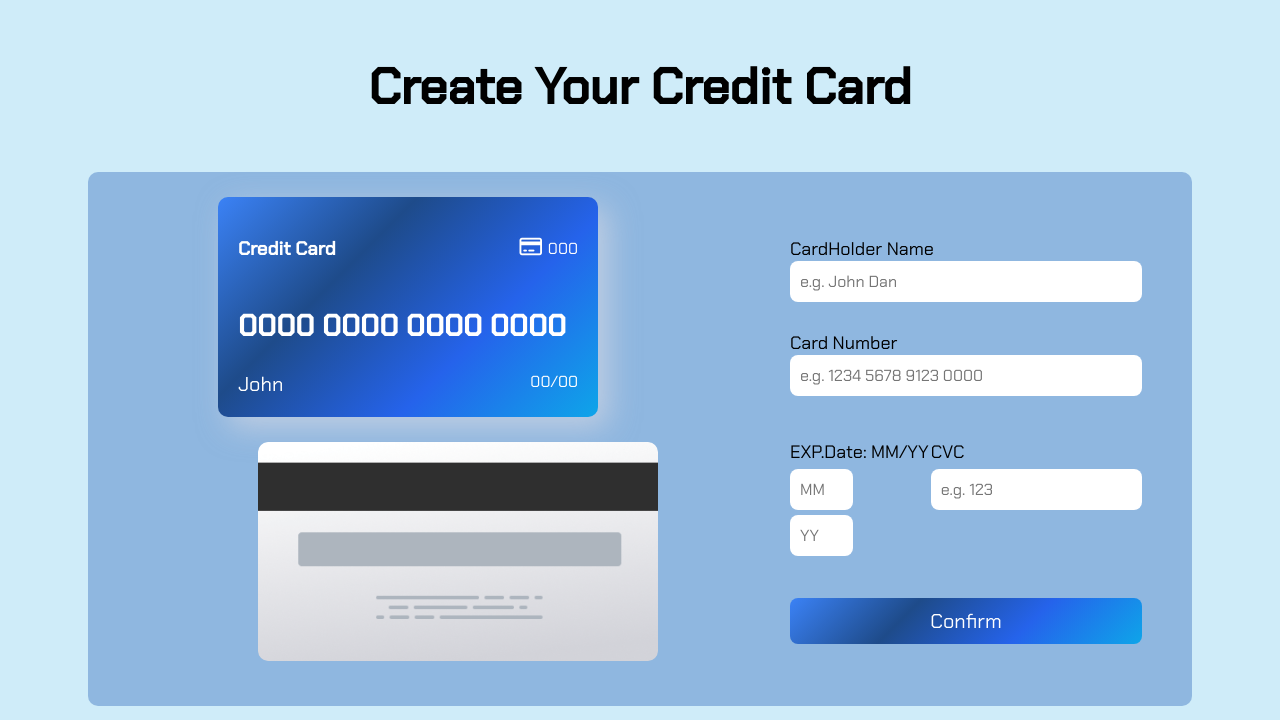
Repository: moehaymanmyint/Interactive-Card-Details-Form
Page: index.html
The author's editor kept a copy of each file at every save. The page is drawn from the files as they stood at one save, then again after the next save.
The browser window is 1280 px wide. The pictures show the whole page.
Some web libraries are served in a nearby version.

Above is the page before, as saved 2024-10-18 22:47:38.

After the next save:
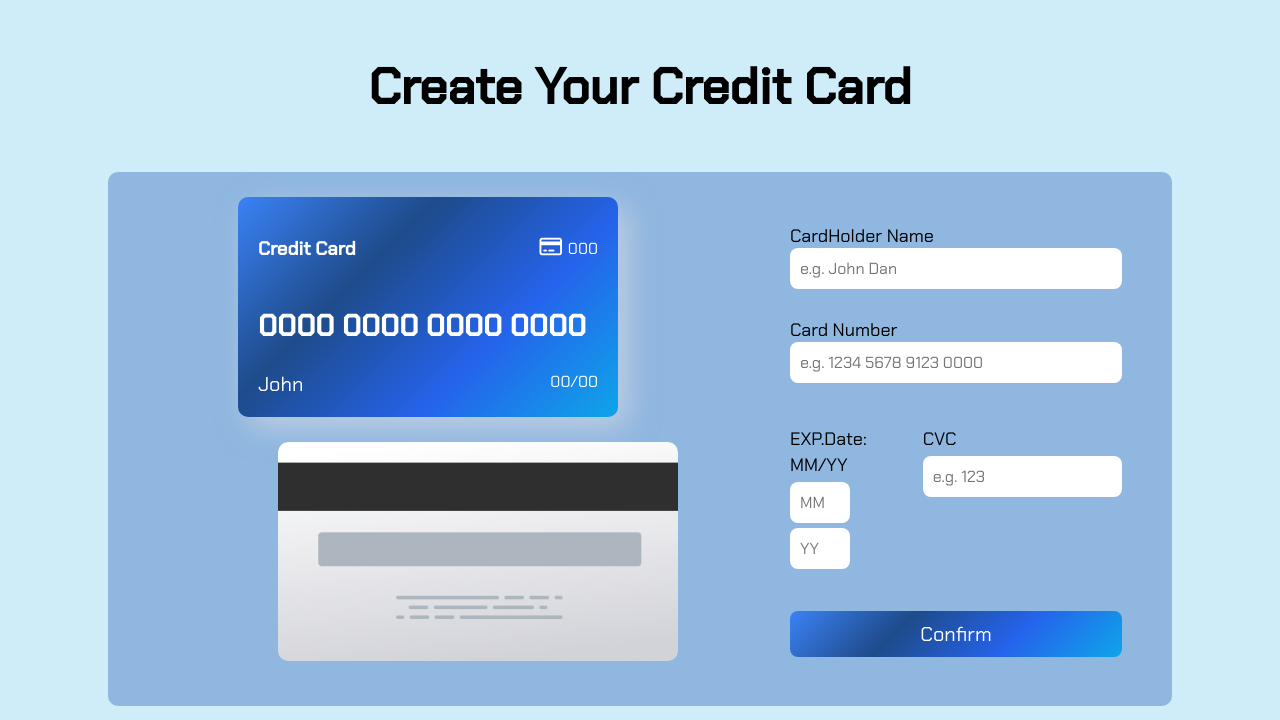
Saved 16 s later.
--- a/style.css
+++ b/style.css
@@ -9,7 +9,7 @@
 .container{
     display: flex;
     justify-content: center;
-    margin: 10px 80px;
+    margin: 10px 100px;
     border-radius: 10px;
     background: rgb(45, 104, 185, 0.4);
 }

After the save that followed:
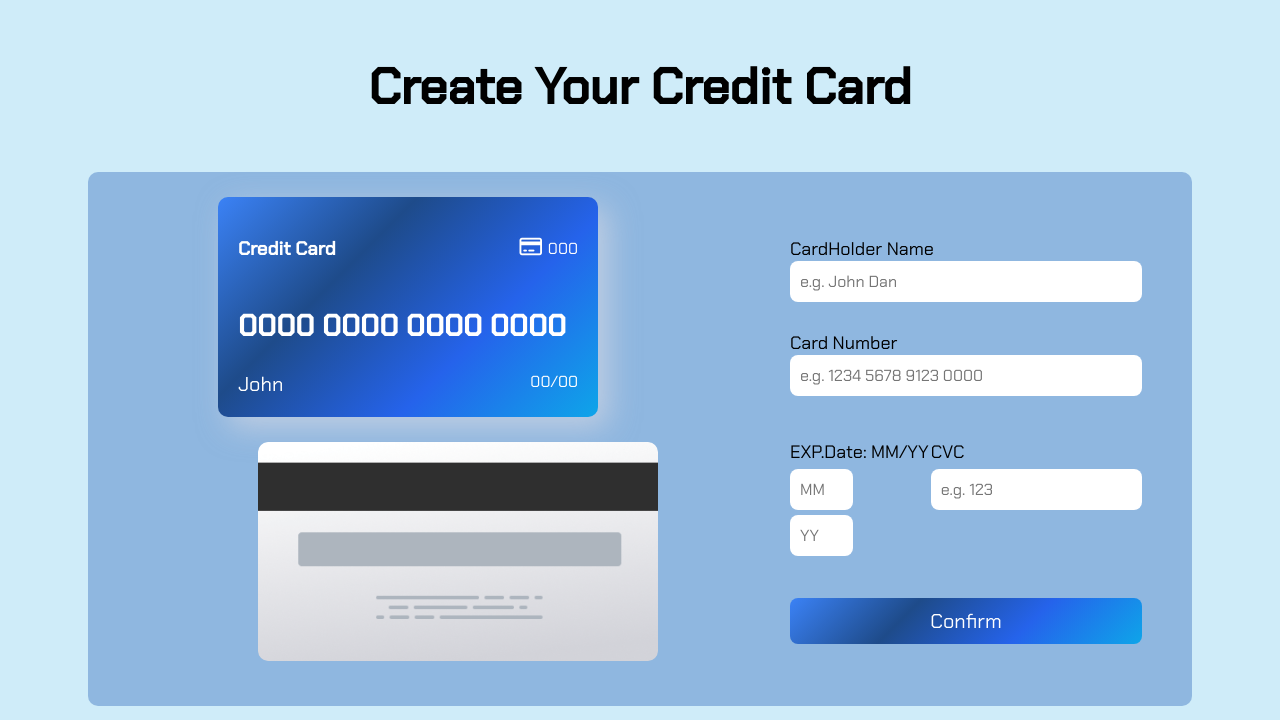
Saved 7 s later.
--- a/style.css
+++ b/style.css
@@ -9,7 +9,7 @@
 .container{
     display: flex;
     justify-content: center;
-    margin: 10px 100px;
+    margin: 10px 80px;
     border-radius: 10px;
     background: rgb(45, 104, 185, 0.4);
 }
